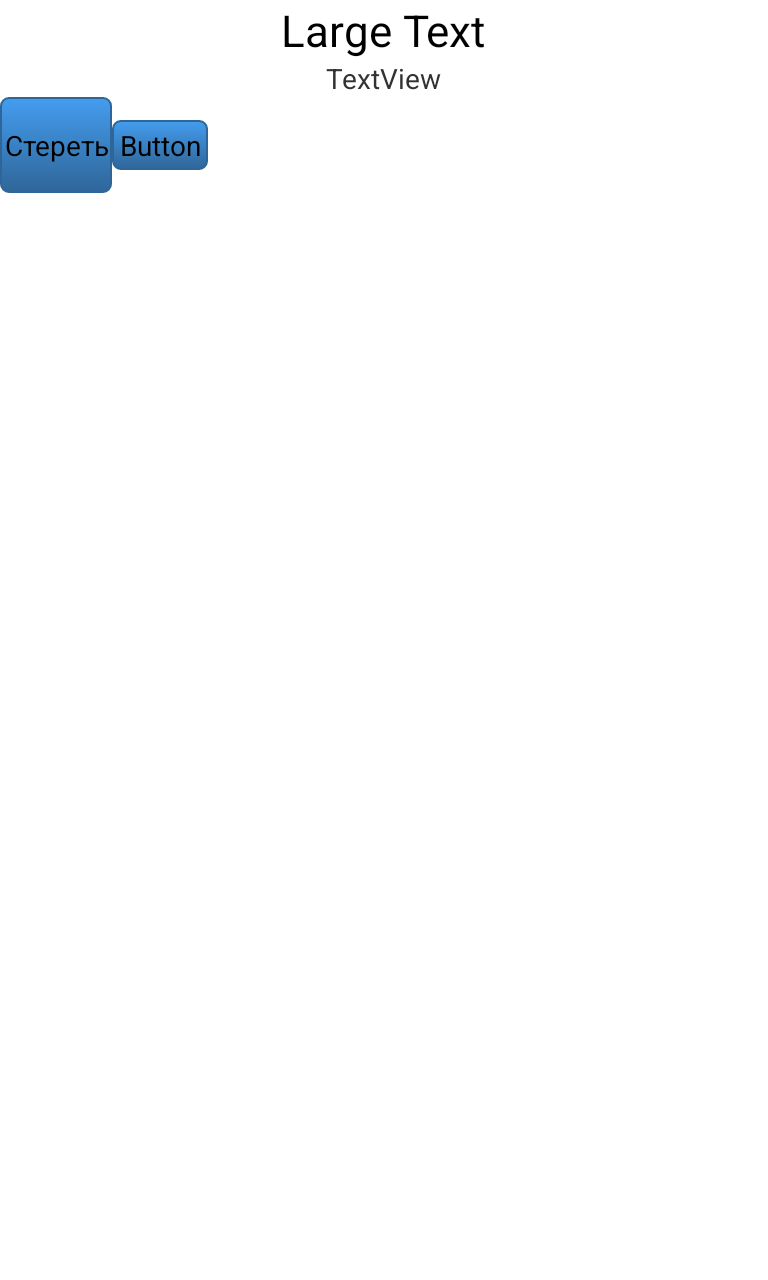
Repository: pcombi/android_dev
Layout: EnglishGrammar/res/layout/tests.xml
These files come from the project's save history. The layout is drawn as it stood at one moment and after the next save; the edit follows.
It is drawn on a 768 x 1280 px phone screen (xhdpi) without system bars, with theme AppTheme; the app's code is not run.

Above is the layout before, as saved 2012-12-29 03:54:53.

After the next save:
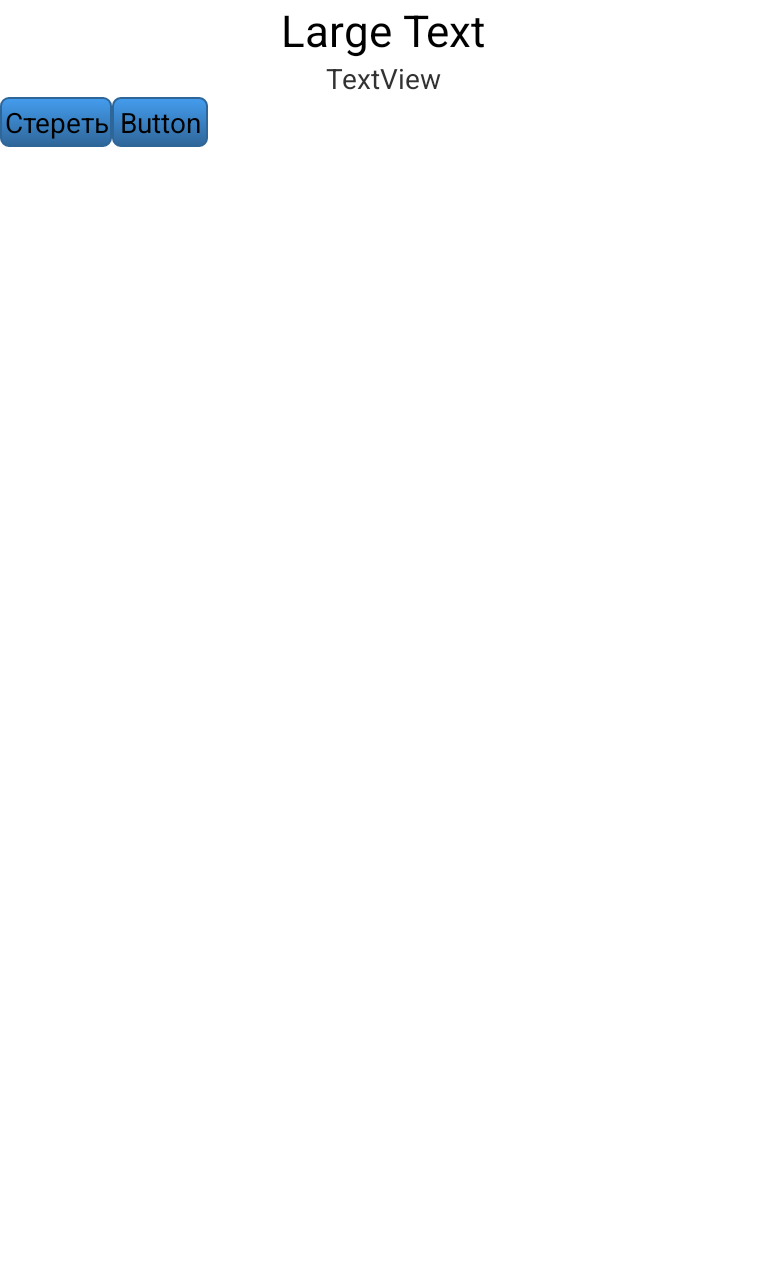
Saved 87 s later.
--- a/EnglishGrammar/res/layout/tests.xml
+++ b/EnglishGrammar/res/layout/tests.xml
@@ -45,6 +45,8 @@
             android:layout_width="wrap_content"
             android:layout_height="wrap_content"
             android:background="@drawable/btn_blue"
+            android:layout_height="25dp"
+            android:layout_gravity="left"
             android:text="@string/erase" />
 
         <Button
@@ -52,6 +54,7 @@
             style="?android:attr/buttonStyleSmall"
             android:layout_width="wrap_content"
             android:layout_height="25dp"
+            android:layout_gravity="right"
             android:background="@drawable/btn_blue"
             android:text="Button" />
     </LinearLayout>
